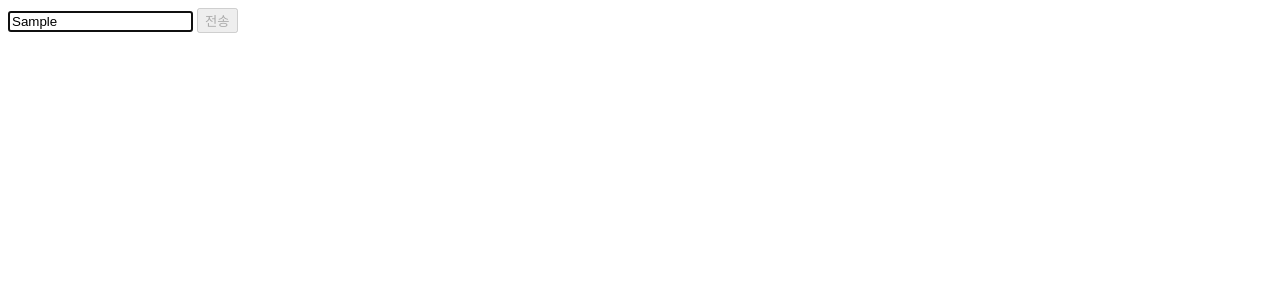
Repository: Baechangho/JavaBasic
Page: workspace_web/Front/src/main/webapp/jqEvent/jqEvent_03.html
An editor plug-in stored every save of this project. The page is shown before and after the next save, followed by the edit.
The browser window is 1280 px wide. The pictures show the whole page.
Empty fields were first filled with sample values (such as "Sample", 5 or name@example.com).
After loading, the first visible `input` was changed once.

Above is the page before, as saved 2023-08-10 05:03:44.

### workspace_web/Front/src/main/webapp/jqEvent/jqEvent_03.html
<!DOCTYPE html>
<html>
<head>
<meta charset="UTF-8">
<title>Insert title here</title>
<script type="text/javascript" src="https://code.jquery.com/jquery-3.7.0.min.js"></script>
<script type="text/javascript">
$(function() {
	$("input[name~='msg']").focus()

	//#btnSend에 클릭 이벤트 등록하기
	$("#btnSend").click(function() {
		console.log("#btnSend click")

		//-------------------------------------

		//입력값이 없을 때 처리 중단하기
		if($(this).prev().val() == ''){
			alert("[WARN] 내용을 입력하세요")
			return
		}

		//-------------------------------------

		//입력값이 있을 때 처리하기
// 		alert("입력 메시지: " + $("input[name~='msg']").val())
		alert("입력 메시지: " + $(this).prev().val())

		//입력창 초기화
		$(this).prev().val("")

		//입력창 포커스
		$("input[name~='msg']").focus()
	})

	$("input[name~='msg']").keydown(function(e){
		console.log("input keydown")
        if(e.keyCode==13) {
        	console.log("enter key")
        	$("#btnSend").click()
        }
    })


})
$(function() {
	$("#btnSend").prop("disabled", true)

	$("input[name~='msg']").keyup(function(){
		console.log("keyup", $(this).val())
		//--------------------------------------

		if($(this).val() == ''){
			$("#btnSend").prop("disabled", true)
		}else{
			$("#btnSend").prop("disabled", true)
		}


	})
})

</script>
</head>
<body>
<!-- QUIZ -->

<!-- 전송버튼을 클릭하면 입력된 메시지를 alert()로 보여준다 -->

<!-- 추가. -->
<!-- 메시지 입력창에서 엔터키(13)를 누르면 #btnSend에 클릭이벤트를 발생시킨다 -->

<!-- 추가. -->
<!-- 입력된 값이 없으면 #btnSend 비활성화 -->
<!--    값이 입력되면 #btnSend 활성화 -->

<!--    ** 태그 비활성 속성 disabled -->



<div>
	<input type="text" name="msg">
	<button id="btnSend">전송</button>
</div>
</body>
</html>

After the next save:
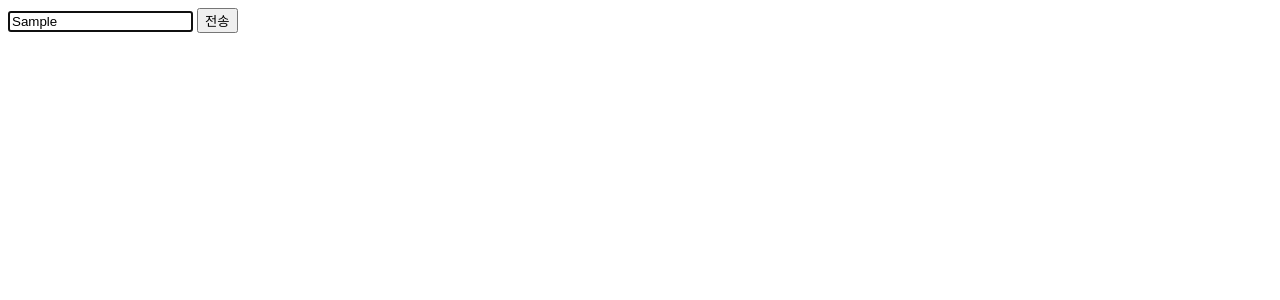
Saved 4 s later.
--- a/workspace_web/Front/src/main/webapp/jqEvent/jqEvent_03.html
+++ b/workspace_web/Front/src/main/webapp/jqEvent/jqEvent_03.html
@@ -53,7 +53,7 @@ $(function() {
 		if($(this).val() == ''){
 			$("#btnSend").prop("disabled", true)
 		}else{
-			$("#btnSend").prop("disabled", true)
+			$("#btnSend").prop("disabled", false)
 		}
 
 
